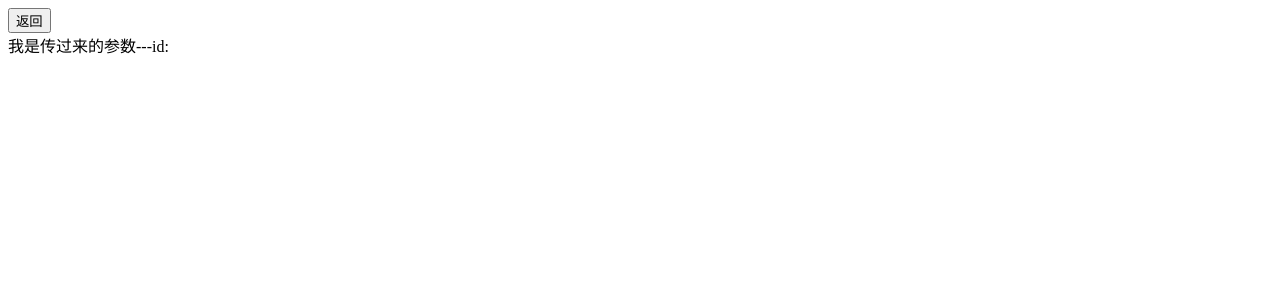
Repository: he-ming-de/luyou
Page: /one
The author's editor kept a copy of each file at every save. The page is drawn from the files as they stood at one save, then again after the next save.
The browser window is 1280 px wide. The pictures show the whole page.
The project was rebuilt for these pictures with package versions that can differ from the ones it lists, and the page was loaded fresh each time. Also part of the build but not shown: src/views/Home.vue.

Above is the page before, as saved 2020-06-04 18:44:18.

### src/App.vue
<template>
  <div id="app">
    <keep-alive include="Child,First">
      <router-view />
    </keep-alive>
  </div>
</template>
<style lang="scss">
</style>

### src/router/index.js
import Vue from 'vue'
import VueRouter from 'vue-router'
import Home from '../views/Home.vue'

Vue.use(VueRouter)

  const routes = [
    {
      path: '/home',
      redirect:'/'
    },
  {
    path: '/',
    name: 'Home',
    component: Home
  },
  {
    path: '/about',
    name: 'About',
    component: () => import('../views/About.vue')
  },
  {
    path: '/one',
    name: 'one',
    component: () => import('../views/one/One')
  },
  {
    path: '/parent',
    name: 'parent',
    component:() => import('../views/parent/Parent'),
    children:[
      {
        path:'child',
        name:'CHild',
        component: () =>import('../views/child/Child')
      },
      {
        path:'first',
        name:'First',
        component: () =>import('../views/flrst/First')
      }
    ]
  },
  {
    path: '*',
    component: () => import('../views/err/Err')
  },
]

const router = new VueRouter({
  mode: 'history',
  base: process.env.BASE_URL,
  routes
})
router.beforeEach((to,from,next)=>{
  console.log(to);
  console.log(from);
  next()
})

export default router

### src/views/one/One.vue
<template>
  <div>
  <button @click="togo">返回</button>
  <div>我是传过来的参数---id: {{id}}</div>
  </div>
</template>

<script>
export default {
  name: "",
  props: {},
  data() {
    return {
      id: 0
    };
  },
    beforeEnter: (to, from, next) => {
    console.log(to);
    console.log(from);
  },
  components: {},
  methods: {
    togo(){
      this.$router.push('/')
    }
  },
  mounted() {
    this.id=this.$route.params.id
  },
  watch: {},
  computed: {}
};
</script>

<style scoped lang='scss'>
</style>

Loaded but not shown: public/index.html (common file); src/main.js (common file); src/store/index.js (common file)

After the next save:
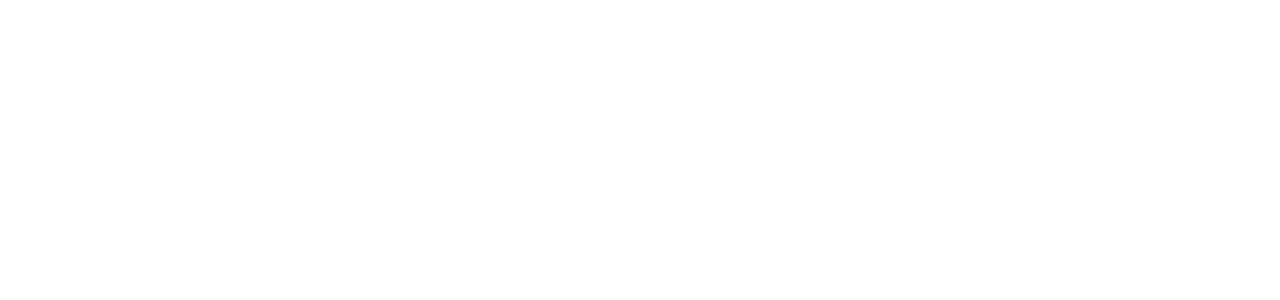
Saved 57 s later.
--- a/src/views/one/One.vue
+++ b/src/views/one/One.vue
@@ -14,10 +14,10 @@
       id: 0
     };
   },
-    beforeEnter: (to, from, next) => {
+    beforeRouteEnter (to, from, next) {
     console.log(to);
     console.log(from);
-  },
+    },
   components: {},
   methods: {
     togo(){

After the 2 saves that followed:
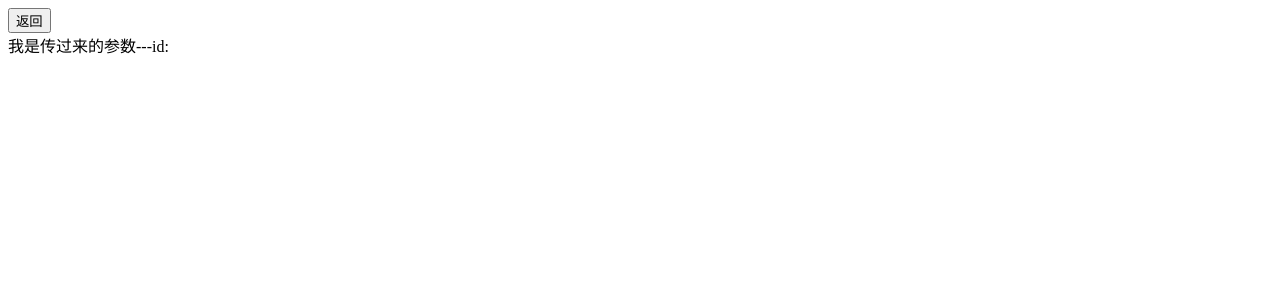
The 2 saves are shown as one change because 1 left the picture as it was.
The last was saved 3 min 11 s later.
--- a/src/views/one/One.vue
+++ b/src/views/one/One.vue
@@ -1,7 +1,7 @@
 <template>
   <div>
-  <button @click="togo">返回</button>
-  <div>我是传过来的参数---id: {{id}}</div>
+    <button @click="togo">返回</button>
+    <div>我是传过来的参数---id: {{id}}</div>
   </div>
 </template>
 
@@ -11,21 +11,23 @@
   props: {},
   data() {
     return {
-      id: 0
+      id: 0,
+      info:'信息'
     };
   },
-    beforeRouteEnter (to, from, next) {
+  beforeRouteEnter(to, from, next) {
     console.log(to);
     console.log(from);
-    },
+    next()
+  },
   components: {},
   methods: {
-    togo(){
-      this.$router.push('/')
+    togo() {
+      this.$router.push("/");
     }
   },
   mounted() {
-    this.id=this.$route.params.id
+    this.id = this.$route.params.id;
   },
   watch: {},
   computed: {}
